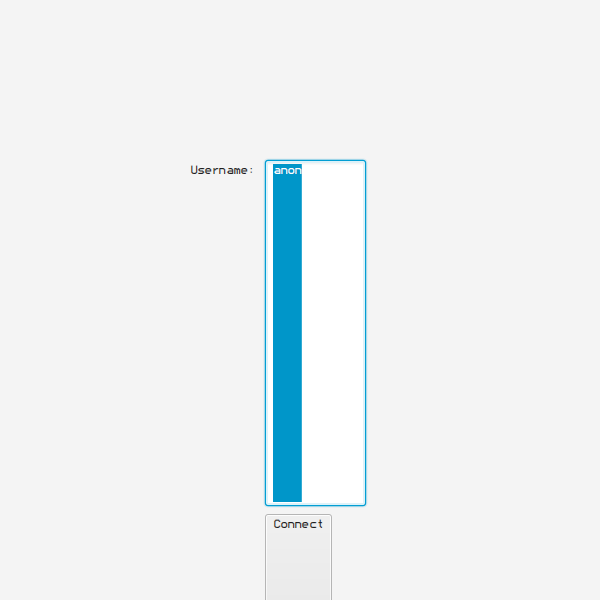
Repository: silic4-ivey/River
Program's window: java RiverClient/src/Main.java
These files come from the project's save history. The program's window is drawn as it stood at one moment and after a run of saves; the edit follows.
It runs on Java 21 on a 1366 x 768 screen with JavaFX 11; the title bar is not drawn. It also reads RiverClient/resources/fonts/Modeseven-L3n5.ttf.

Above is the program's window before, as saved 2021-08-16 18:28:37.

### RiverClient/src/Main.java
import javafx.application.Application;
import javafx.event.ActionEvent;
import javafx.event.EventHandler;
import javafx.scene.Scene;
import javafx.scene.control.Button;
import javafx.scene.layout.StackPane;
import javafx.stage.Stage;
public class Main extends Application{

	private MainUI mainUI;

	public static void main(String args[]) {
		launch (args);
	}

	@Override
	public void start(Stage primaryStage) throws Exception{

		mainUI = new MainUI(primaryStage);

	}
}

### RiverClient/src/MainUI.java
import javafx.geometry.Pos;
import java.io.FileInputStream;
import java.io.FileNotFoundException;
import java.io.File;
import javafx.scene.Scene;
import javafx.scene.control.Button;
import javafx.scene.layout.StackPane;
import javafx.scene.layout.VBox;
import javafx.scene.paint.Color;
import javafx.stage.Stage;
import javafx.scene.control.TextField;
import java.util.Random;
import javafx.scene.layout.GridPane;
import javafx.scene.control.Label;
import javafx.scene.text.Font;
import javafx.scene.text.Text;
import javafx.scene.control.ScrollPane;

public class MainUI {

	private RiverClient rc;
	private String userName = "anon";
	private int size = 600;
	private Stage window;
	private Text textBox = new Text();
	private final String modeSeven = "Modeseven-L3n5.ttf";
	private final String fontPath = "./resources/fonts/";

	public MainUI(Stage primaryStage) throws Exception{
		window = primaryStage;

		Label userLbl = new Label("Username:");
		TextField text = new TextField("anon");


		Button connectButton = new Button("Connect");
		connectButton.setOnAction(e ->startConnection(text.getText()));   ///////////////////////////////

		//VBox layout1 = new VBox();
		//layout1.getChildren().addAll(userLbl,text,connectButton);

		try {
			Font terminalFont = Font.loadFont(new FileInputStream(new File(fontPath + modeSeven)),12);

			text.setFont(terminalFont);
			userLbl.setFont(terminalFont);
			connectButton.setFont(terminalFont);


		}catch(FileNotFoundException e) {
			e.printStackTrace();
		}

		GridPane layout1 = new GridPane();

		layout1.setVgap(8);
		layout1.setHgap(10);

		/*layout1.add(userLbl, size/2 -1, size/2);
		layout1.add(text, size/2, size/2);
		layout1.add(connectButton, size/2, size/2 -1);*/

		GridPane.setConstraints(userLbl, 19, 20);
		GridPane.setConstraints(text, 20, 20);
		GridPane.setConstraints(connectButton, 20, 21);

		layout1.getChildren().addAll(userLbl,text,connectButton);

		layout1.setGridLinesVisible(false);
		Scene scene1 = new Scene(layout1, size, size, Color.BLACK);
		//scene1.setFill(Color.BLACK);

		window.setScene(scene1);
		window.setTitle("The River");
		window.show();

		/*RiverClient cs = RiverClient.getInstance();
		cs.writeTo();
		cs.closeAccess();*/
	}

	public void startConnection(String userName) {
		initializeClient();  ///////////////////////////////////////////////////
		setUser(userName);
		switchStage();
	}

	public void initializeClient() {
		rc = RiverClient.getInstance();
	}

	public void setUser(String userName) {
		this.userName = userName;
	}

	public void switchStage() {

		ServerReader sr = new ServerReader(rc, this);

		Label userLbl = new Label(userName + ": ");
		TextField text = new TextField("Type Here");

		Button sendButton = new Button("Send");
		sendButton.setOnAction(e -> rc.writeTo(text.getText(), userName));   /////////////////////////////// create a logoff button

		Button logoffButton = new Button("Logoff");
		logoffButton.setOnAction(e -> rc.closeAccess());   /////////////////////////////// create a logoff button

		//Text textBox = new Text();


		GridPane layout1 = new GridPane();

		layout1.setVgap(8);
		layout1.setHgap(10);

		GridPane.setConstraints(userLbl, 19, 2);
		GridPane.setConstraints(text, 20, 2);
		GridPane.setConstraints(sendButton, 21, 2);
		GridPane.setConstraints(logoffButton, 22, 2);
		GridPane.setConstraints(textBox,20,0);


		layout1.getChildren().addAll(userLbl,text,sendButton, textBox, logoffButton);

		ScrollPane scrollPane = new ScrollPane();
		scrollPane.setPrefSize(1, 1);
		scrollPane.setContent(textBox);
		scrollPane.setVbarPolicy(ScrollPane.ScrollBarPolicy.ALWAYS);
		scrollPane.setHbarPolicy(ScrollPane.ScrollBarPolicy.ALWAYS);

		layout1.setGridLinesVisible(false); ////////// delete after
		Scene scene2 = new Scene(layout1, size, size);
		scene2.setFill(Color.BLACK);



		sr.start();  /////////////////////////////////

		window.setScene(scene2);
		window.setTitle("The River");
		window.show();

	}


	public void updateText(String s) {

		textBox.setText(textBox.getText() + "\n" + s);


	}



}

After the next 3 saves:
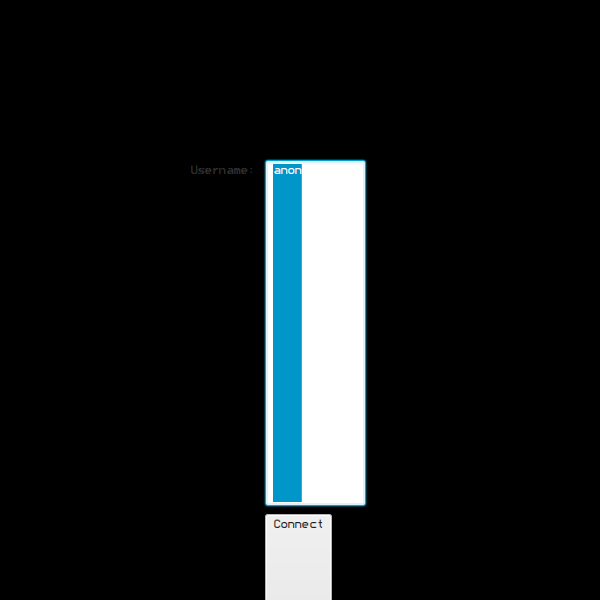
The 3 saves are shown as one change because 2 did not build or start.
The last was saved 6 min 30 s later.
--- a/RiverClient/src/MainUI.java
+++ b/RiverClient/src/MainUI.java
@@ -67,6 +67,8 @@
 		layout1.getChildren().addAll(userLbl,text,connectButton);
 
 		layout1.setGridLinesVisible(false);
+		layout1.setStyle("-fx-background-color: #000000");
+
 		Scene scene1 = new Scene(layout1, size, size, Color.BLACK);
 		//scene1.setFill(Color.BLACK);
 
